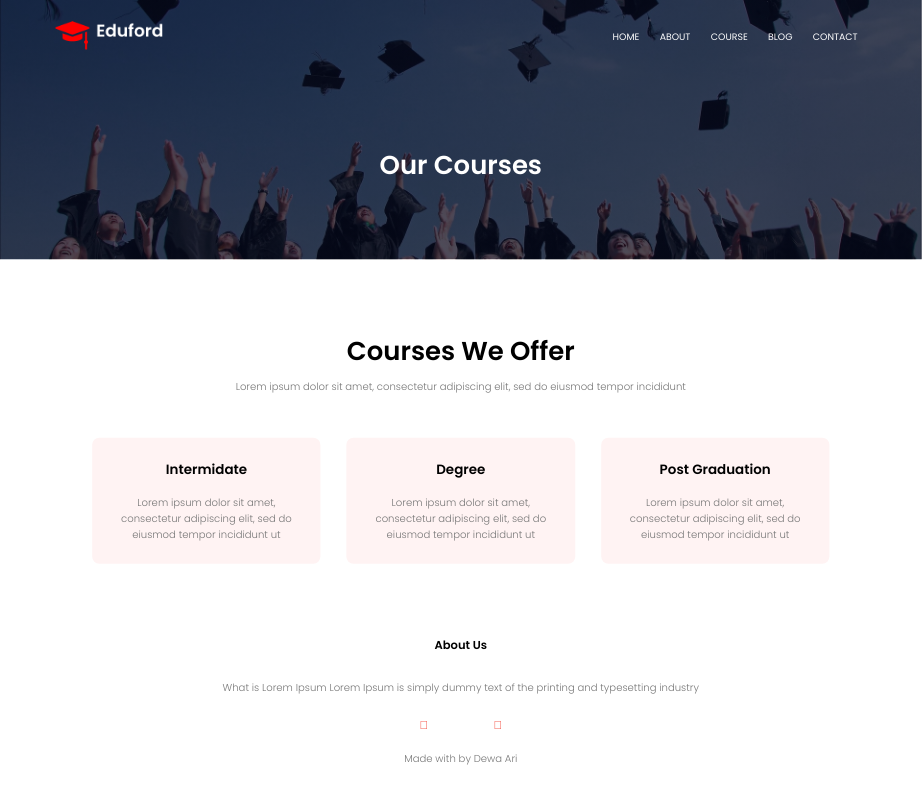
Repository: dewaary/company-profile
Page: course.html
These files come from the project's save history. The page is drawn as it stood at one moment and after the next save; the edit follows.
The browser window is 1280 px wide. The pictures show the whole page, at 72% of full size.

Above is the page before, as saved 2021-05-07 23:39:36.

After the next save:
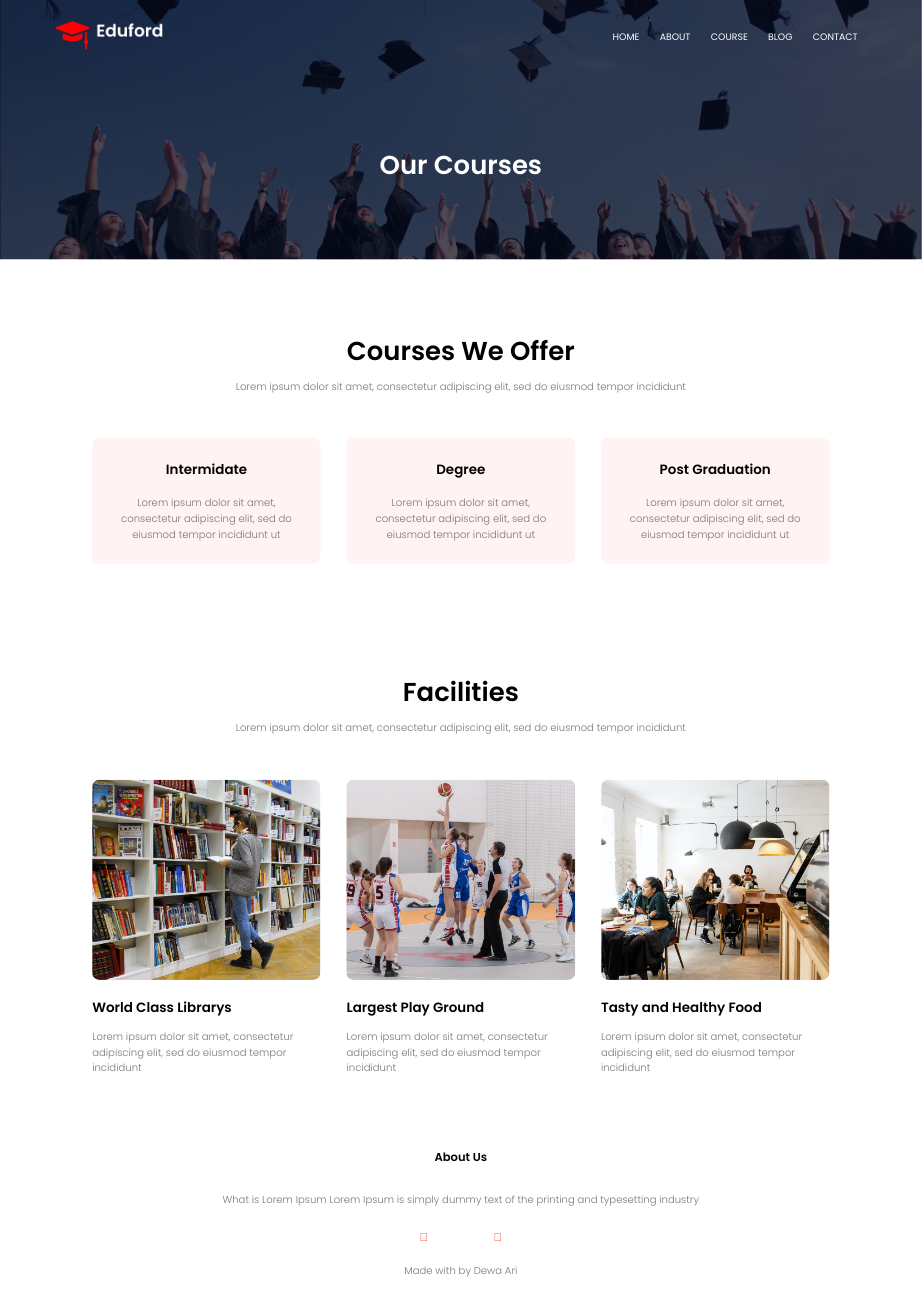
Saved 66 s later.
--- a/course.html
+++ b/course.html
@@ -66,6 +66,40 @@
         </div>
     </section>
 
+    <section class="facilities">
+        <h1>Facilities</h1>
+        <p>
+            Lorem ipsum dolor sit amet, consectetur adipiscing elit, sed do eiusmod
+            tempor incididunt
+        </p>
+        <div class="row">
+            <div class="facilities-col">
+                <img src="images/library.png" />
+                <h3>World Class Librarys</h3>
+                <p>
+                    Lorem ipsum dolor sit amet, consectetur adipiscing elit, sed do
+                    eiusmod tempor incididunt
+                </p>
+            </div>
+            <div class="facilities-col">
+                <img src="images/basketball.png" />
+                <h3>Largest Play Ground</h3>
+                <p>
+                    Lorem ipsum dolor sit amet, consectetur adipiscing elit, sed do
+                    eiusmod tempor incididunt
+                </p>
+            </div>
+            <div class="facilities-col">
+                <img src="images/cafeteria.png" />
+                <h3>Tasty and Healthy Food</h3>
+                <p>
+                    Lorem ipsum dolor sit amet, consectetur adipiscing elit, sed do
+                    eiusmod tempor incididunt
+                </p>
+            </div>
+        </div>
+    </section>
+
     <section class="footer">
         <h4>About Us</h4>
         <p>
